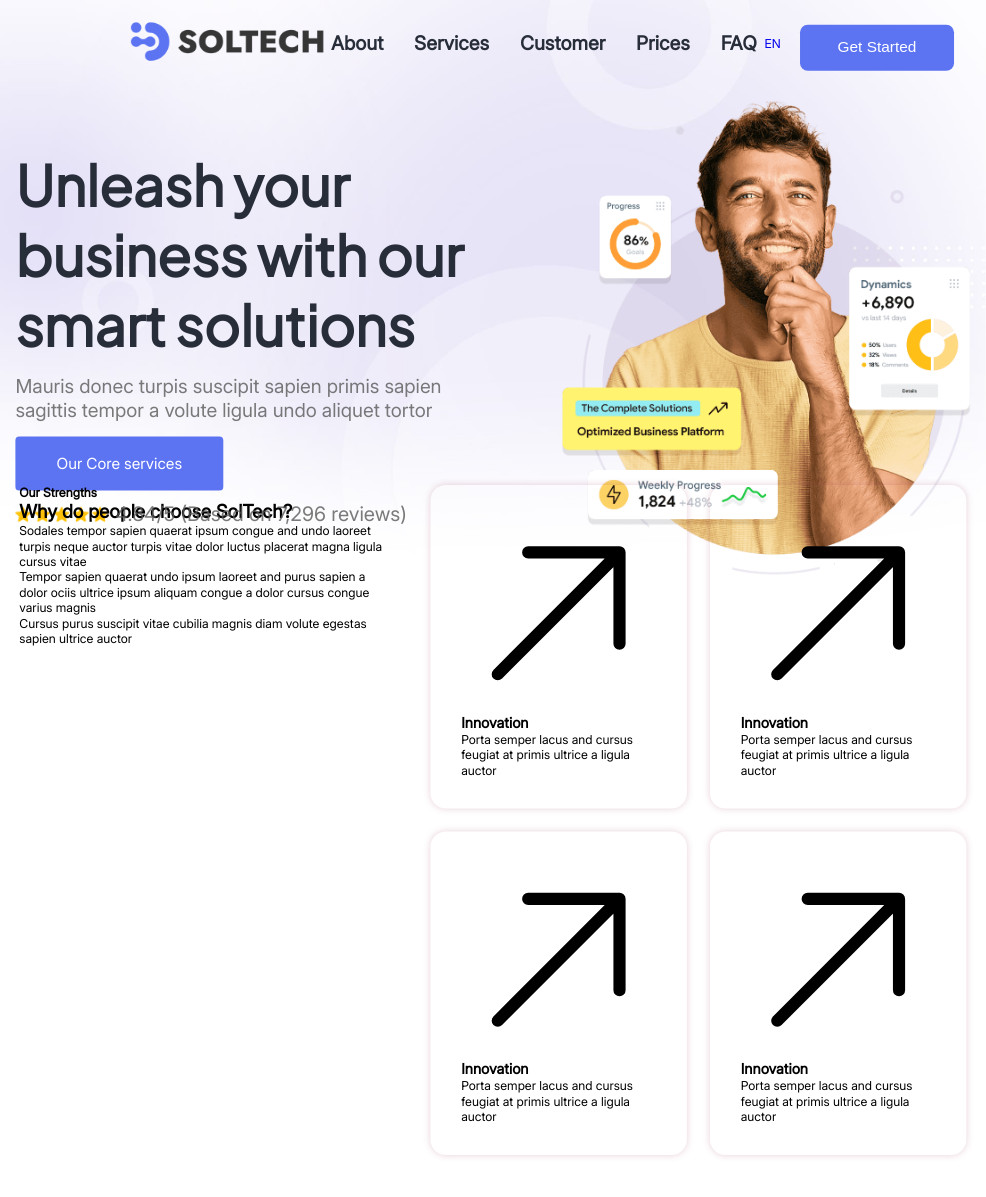
Repository: md-rabbi-hossain/Soltech-html
Page: index.html
These files come from the project's save history. The page is drawn as it stood at one moment and after the next save; the edit follows.
The browser window is 1280 px wide. The pictures show the whole page, at 77% of full size.

Above is the page before, as saved 2025-01-10 02:13:44.

After the next save:
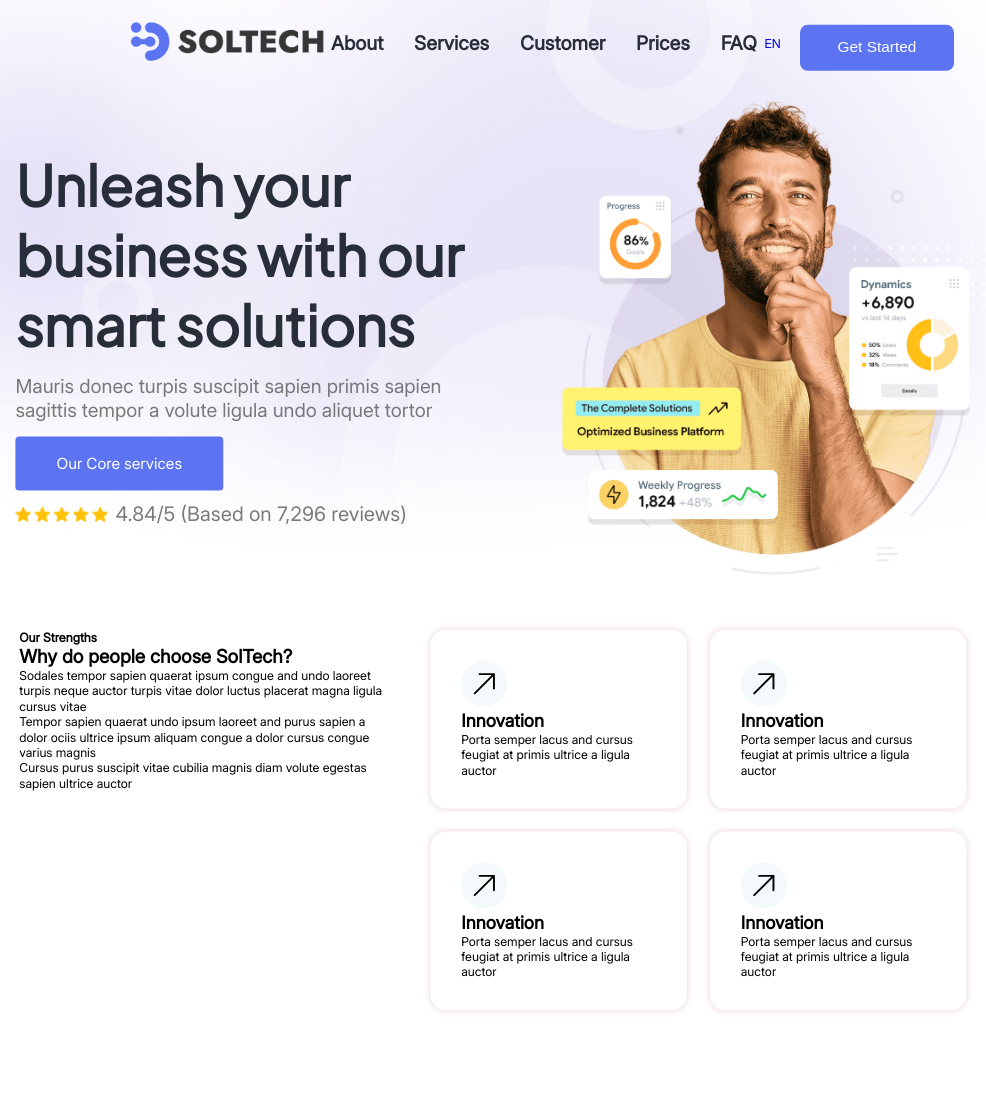
Saved 23 s later.
--- a/Css/style.css
+++ b/Css/style.css
@@ -249,7 +249,10 @@ section.main-container.cta-section {
   padding: 40px;
   border-radius: 20px;
 }
-.box-inner .box-inner svg {
+.box-inner h3 {
+  font-size: 23px;
+}
+.box-inner svg {
   width: 60px;
   height: 60px;
   background: #f4f9fc;
